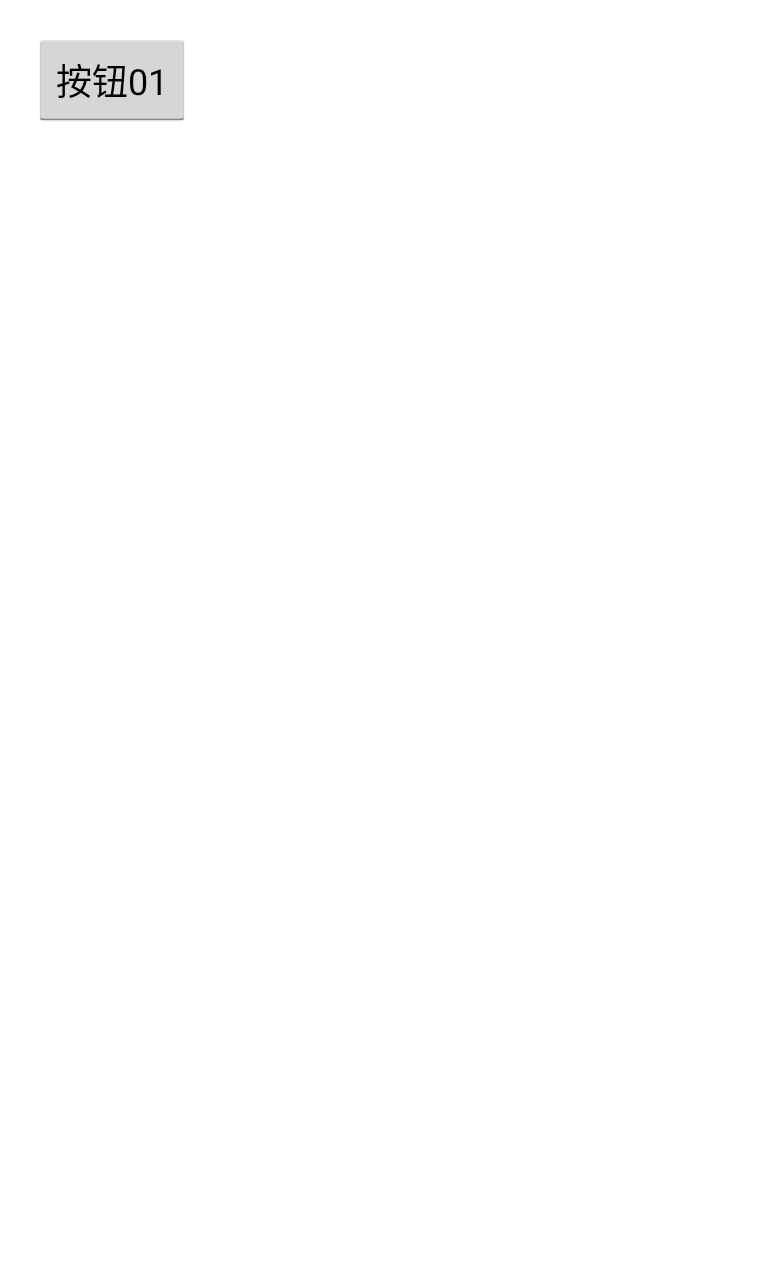
Repository: sonyi/androidClass
Layout: androidExercise/Android_003_TableLayout/res/layout/activity_main.xml
These files come from the project's save history. The layout is drawn as it stood at one moment and after the next save; the edit follows.
It is drawn on a 768 x 1280 px phone screen (xhdpi) without system bars, with theme AppTheme; the app's code is not run.

Above is the layout before, as saved 2014-05-29 04:58:45.

After the next save:
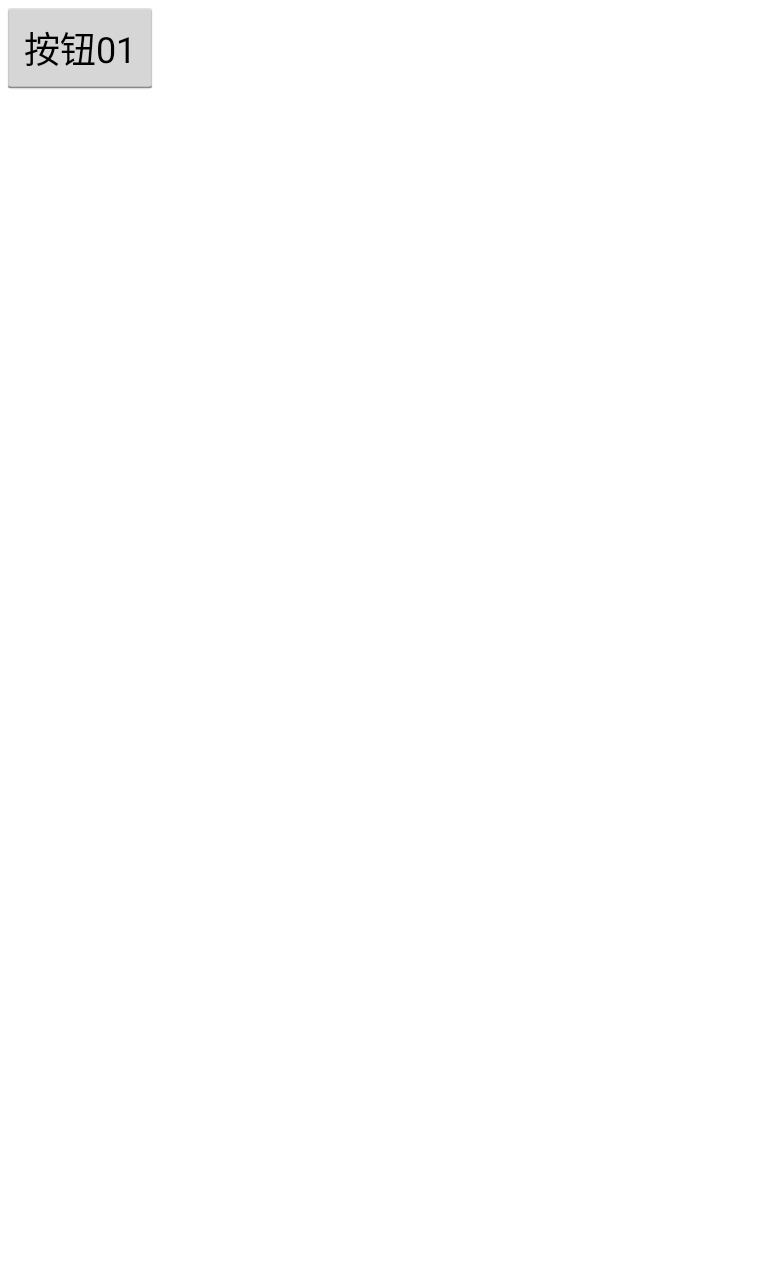
Saved 2 min 36 s later.
--- a/androidExercise/Android_003_TableLayout/res/layout/activity_main.xml
+++ b/androidExercise/Android_003_TableLayout/res/layout/activity_main.xml
@@ -2,19 +2,16 @@
     xmlns:tools="http://schemas.android.com/tools"
     android:layout_width="match_parent"
     android:layout_height="match_parent"
-    android:paddingBottom="@dimen/activity_vertical_margin"
-    android:paddingLeft="@dimen/activity_horizontal_margin"
-    android:paddingRight="@dimen/activity_horizontal_margin"
-    android:paddingTop="@dimen/activity_vertical_margin"
     tools:context=".MainActivity" >
 
-   <TableRow >
-       <Button android:id="@+id/btn_01"
-           android:layout_width="wrap_content"
-           android:layout_height="wrap_content"
-           android:layout_column="1"
-           android:text="按钮01"
-           />
-   </TableRow>
+    <TableRow >
+
+        <Button
+            android:id="@+id/btn_01"
+            android:layout_width="wrap_content"
+            android:layout_height="wrap_content"
+            android:layout_column="1"
+            android:text="按钮01" />
+    </TableRow>
 
 </TableLayout>
